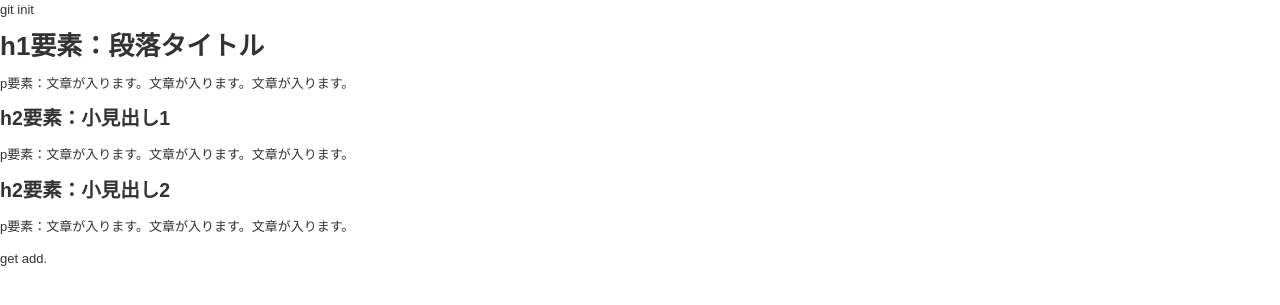
Repository: cake0104/samurai_HTML-CSS
Page: 711.html
The author's editor kept a record of every edit. The page is drawn from the files as they stood at one moment, then again after the next edit.
The browser window is 1280 px wide. The pictures show the whole page.

Above is the page before.

After the next edit:
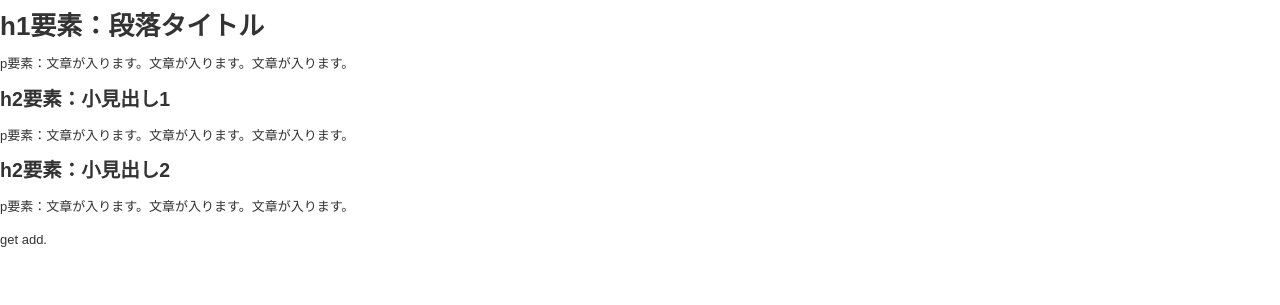
The edit:
--- a/711.html
+++ b/711.html
@@ -1,6 +1,5 @@
 <!DOCTYPE html>
 <html lang="ja">
-  git init
   <head>
     <meta charset="UTF-8">
     <title>HTML/CSSの学習</title>
